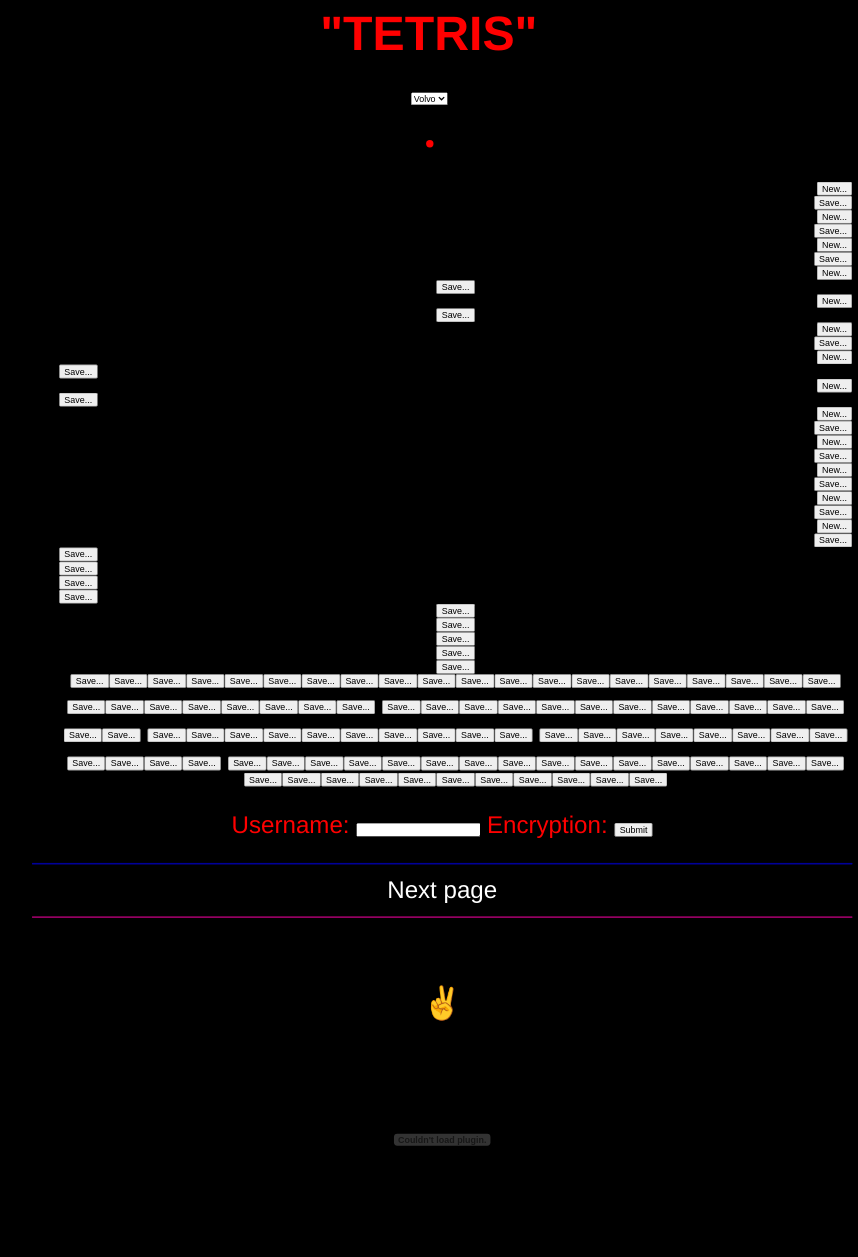
Repository: jangj879/jangj879.github.io
Page: 5_page.html
The author's editor kept a record of every edit. The page is drawn from the files as they stood at one moment, then again after the next edit.
The browser window is 1280 px wide. The pictures show the whole page, at 67% of full size.

Above is the page before.
Console error (its wording comes from the project's code and is left out).

### 5_page.html

<html>
<head>
<link href="style5.css" rel="stylesheet">
</head>

<body>

  <div align=center><h1>"TETRIS"</h1></div>


</body>
<body>


<select>
  <option value="volvo">Volvo</option>
  <option value="saab">Saab</option>
  <option value="opel">Opel</option>
  <option value="audi">Audi</option>
</select>

</body>
	<menu type="toolbar">
  <li>
    <menu label="File">
      <div align=right><button type="button" onclick="new()">New...</button></div>
      <div align=right><button type="button" onclick="save()">Save...</button></div>
        <div align=right><button type="button" onclick="new()">New...</button></div>
      <div align=right><button type="button" onclick="save()">Save...</button></div>
        <div align=right><button type="button" onclick="new()">New...</button></div>
      <div align=right><button type="button" onclick="save()">Save...</button></div>
        <div align=right><button type="button" onclick="new()">New...</button></div>
      <div align=center><button type="button" onclick="save()">Save...</button></div>
        <div align=right><button type="button" onclick="new()">New...</button></div>
      <div align=center><button type="button" onclick="save()">Save...</button></div>
        <div align=right><button type="button" onclick="new()">New...</button></div>
      <div align=right><button type="button" onclick="save()">Save...</button></div>
        <div align=right><button type="button" onclick="new()">New...</button></div>
      <div align=left><button type="button" onclick="save()">Save...</button></div>
        <div align=right><button type="button" onclick="new()">New...</button></div>
      <div align=left><button type="button" onclick="save()">Save...</button></div>
        <div align=right><button type="button" onclick="new()">New...</button></div>
      <div align=right><button type="button" onclick="save()">Save...</button></div>
        <div align=right><button type="button" onclick="new()">New...</button></div>
      <div align=right><button type="button" onclick="save()">Save...</button></div>
        <div align=right><button type="button" onclick="new()">New...</button></div>
      <div align=right><button type="button" onclick="save()">Save...</button></div>
        <div align=right><button type="button" onclick="new()">New...</button></div>
      <div align=right><button type="button" onclick="save()">Save...</button></div>
        <div align=right><button type="button" onclick="new()">New...</button></div>
      <div align=right><button type="button" onclick="save()">Save...</button></div>
      <div align=left><button type="button" onclick="save()">Save...</button></div>
      <div align=left><button type="button" onclick="save()">Save...</button></div>
      <div align=left><button type="button" onclick="save()">Save...</button></div>
      <div align=left><button type="button" onclick="save()">Save...</button></div>
      <div align=center><button type="button" onclick="save()">Save...</button></div>
      <div align=center><button type="button" onclick="save()">Save...</button></div>
      <div align=center><button type="button" onclick="save()">Save...</button></div>
      <div align=center><button type="button" onclick="save()">Save...</button></div>
      <div align=center><button type="button" onclick="save()">Save...</button></div>
      <button type="button" onclick="save()">Save...</button><button type="button" onclick="save()">Save...</button><button type="button" onclick="save()">Save...</button><button type="button" onclick="save()">Save...</button><button type="button" onclick="save()">Save...</button><button type="button" onclick="save()">Save...</button><button type="button" onclick="save()">Save...</button><button type="button" onclick="save()">Save...</button><button type="button" onclick="save()">Save...</button><button type="button" onclick="save()">Save...</button><button type="button" onclick="save()">Save...</button><button type="button" onclick="save()">Save...</button><button type="button" onclick="save()">Save...</button><button type="button" onclick="save()">Save...</button><button type="button" onclick="save()">Save...</button><button type="button" onclick="save()">Save...</button><button type="button" onclick="save()">Save...</button><button type="button" onclick="save()">Save...</button><button type="button" onclick="save()">Save...</button><button type="button" onclick="save()">Save...</button><button type="button" onclick="save()">Save...</button><button type="button" onclick="save()">Save...</button><button type="button" onclick="save()">Save...</button><button type="button" onclick="save()">Save...</button><button type="button" onclick="save()">Save...</button><button type="button" onclick="save()">Save...</button><button type="button" onclick="save()">Save...</button><button type="button" onclick="save()">Save...</button>
      <button type="button" onclick="save()">Save...</button><button type="button" onclick="save()">Save...</button><button type="button" onclick="save()">Save...</button><button type="button" onclick="save()">Save...</button><button type="button" onclick="save()">Save...</button><button type="button" onclick="save()">Save...</button><button type="button" onclick="save()">Save...</button><button type="button" onclick="save()">Save...</button><button type="button" onclick="save()">Save...</button><button type="button" onclick="save()">Save...</button><button type="button" onclick="save()">Save...</button><button type="button" onclick="save()">Save...</button><button type="button" onclick="save()">Save...</button><button type="button" onclick="save()">Save...</button>
      <button type="button" onclick="save()">Save...</button><button type="button" onclick="save()">Save...</button><button type="button" onclick="save()">Save...</button><button type="button" onclick="save()">Save...</button><button type="button" onclick="save()">Save...</button><button type="button" onclick="save()">Save...</button><button type="button" onclick="save()">Save...</button><button type="button" onclick="save()">Save...</button><button type="button" onclick="save()">Save...</button><button type="button" onclick="save()">Save...</button>
      <button type="button" onclick="save()">Save...</button><button type="button" onclick="save()">Save...</button><button type="button" onclick="save()">Save...</button><button type="button" onclick="save()">Save...</button><button type="button" onclick="save()">Save...</button><button type="button" onclick="save()">Save...</button><button type="button" onclick="save()">Save...</button><button type="button" onclick="save()">Save...</button><button type="button" onclick="save()">Save...</button><button type="button" onclick="save()">Save...</button><button type="button" onclick="save()">Save...</button><button type="button" onclick="save()">Save...</button>
      <button type="button" onclick="save()">Save...</button><button type="button" onclick="save()">Save...</button><button type="button" onclick="save()">Save...</button><button type="button" onclick="save()">Save...</button><button type="button" onclick="save()">Save...</button><button type="button" onclick="save()">Save...</button><button type="button" onclick="save()">Save...</button><button type="button" onclick="save()">Save...</button><button type="button" onclick="save()">Save...</button><button type="button" onclick="save()">Save...</button><button type="button" onclick="save()">Save...</button><button type="button" onclick="save()">Save...</button><button type="button" onclick="save()">Save...</button><button type="button" onclick="save()">Save...</button><button type="button" onclick="save()">Save...</button><button type="button" onclick="save()">Save...</button>
      <button type="button" onclick="save()">Save...</button><button type="button" onclick="save()">Save...</button><button type="button" onclick="save()">Save...</button><button type="button" onclick="save()">Save...</button><button type="button" onclick="save()">Save...</button><button type="button" onclick="save()">Save...</button><button type="button" onclick="save()">Save...</button><button type="button" onclick="save()">Save...</button><button type="button" onclick="save()">Save...</button><button type="button" onclick="save()">Save...</button><button type="button" onclick="save()">Save...</button>

    </menu>
  </li>

  <body>

<form action="demo_keygen.asp" method="get">
  Username: <input type="text" name="usr_name">
  Encryption: <keygen name="security">
  <input type="submit">
</form>



</body>
    <hr color="#000099" />


  <a href="1_page">Next page</a>

  <hr color="#990066" />
  <p><font size=10>&#9996;</font></p>
  <p><font color="#CC0099"&#9997;</p>


<object data="move.swf" type="application/x-shockwave-flash"></object>


</html>

### style5.css
body {
    background-color: black;
    color: red;
    font-size: 36px;
    font-family: Helvetica, Arial, sans-serif;
    text-align: center;
}

p {
    margin: 100px;
}

.paragraph2 {
    color: #5ef645;
}

.one {
    width: 200px;
    height: 200px;
    background-color: yellow;
    position: fixed;
    bottom: 20px;
    right: 100px;
    border-radius: 100px;
    border: solid red 10px
}

.one:hover {
    background-color: lime;
}

a:link {
    color: white;
    text-decoration: none;
}

a:hover {
    color: red;
}
.img {
    content: icon;
    icon: url(icon2.png);
    border-radius: 100%;
}

After the next edit:
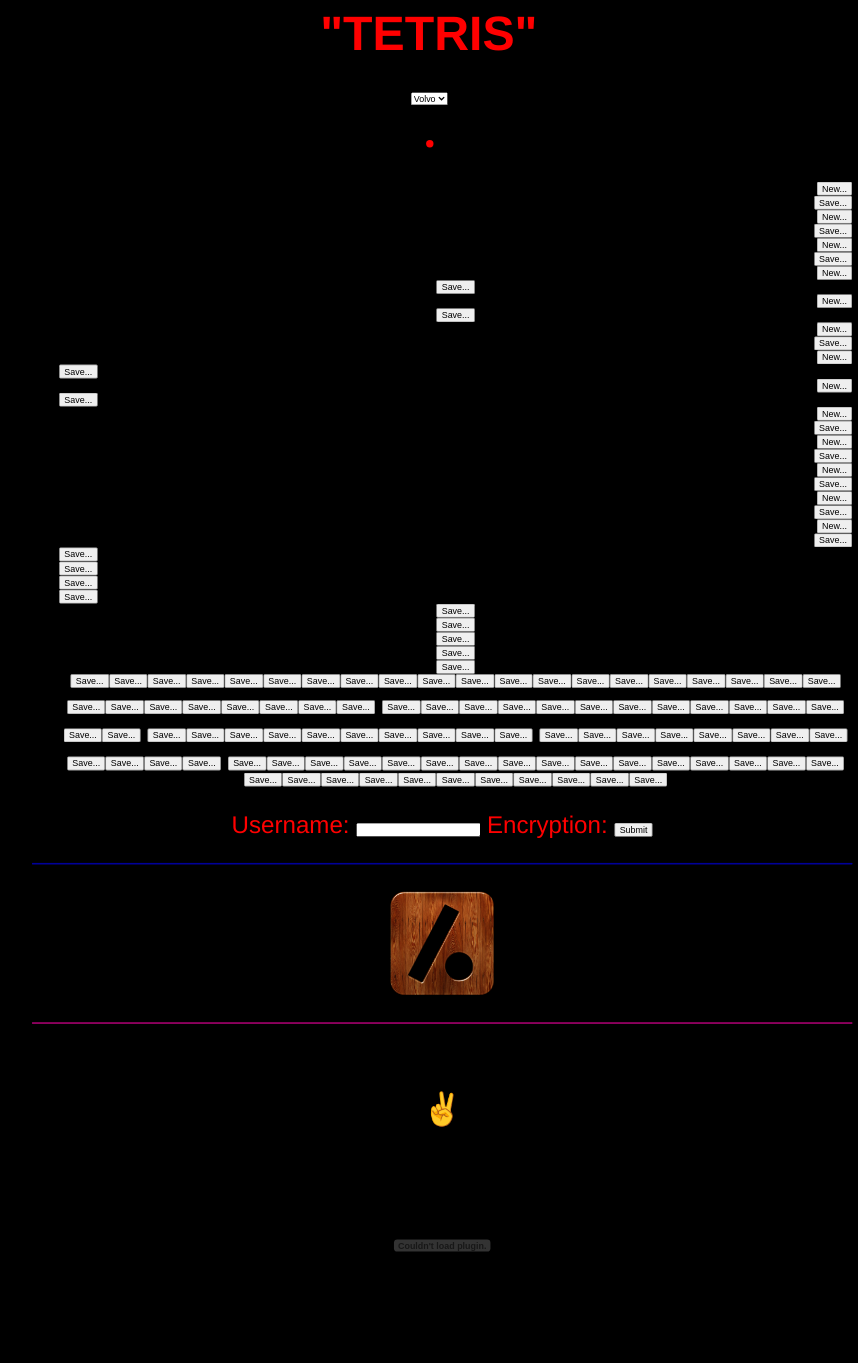
The edit:
--- a/5_page.html
+++ b/5_page.html
@@ -83,7 +83,9 @@
     <hr color="#000099" />
 
 
-  <a href="1_page">Next page</a>
+ <div class="img"><center>
+    <a target="_blank" href="index.html"><img src="icon2.png" alt="Klematis" width="200" height="200"></a></center>
+    </div>
 
   <hr color="#990066" />
   <p><font size=10>&#9996;</font></p>
